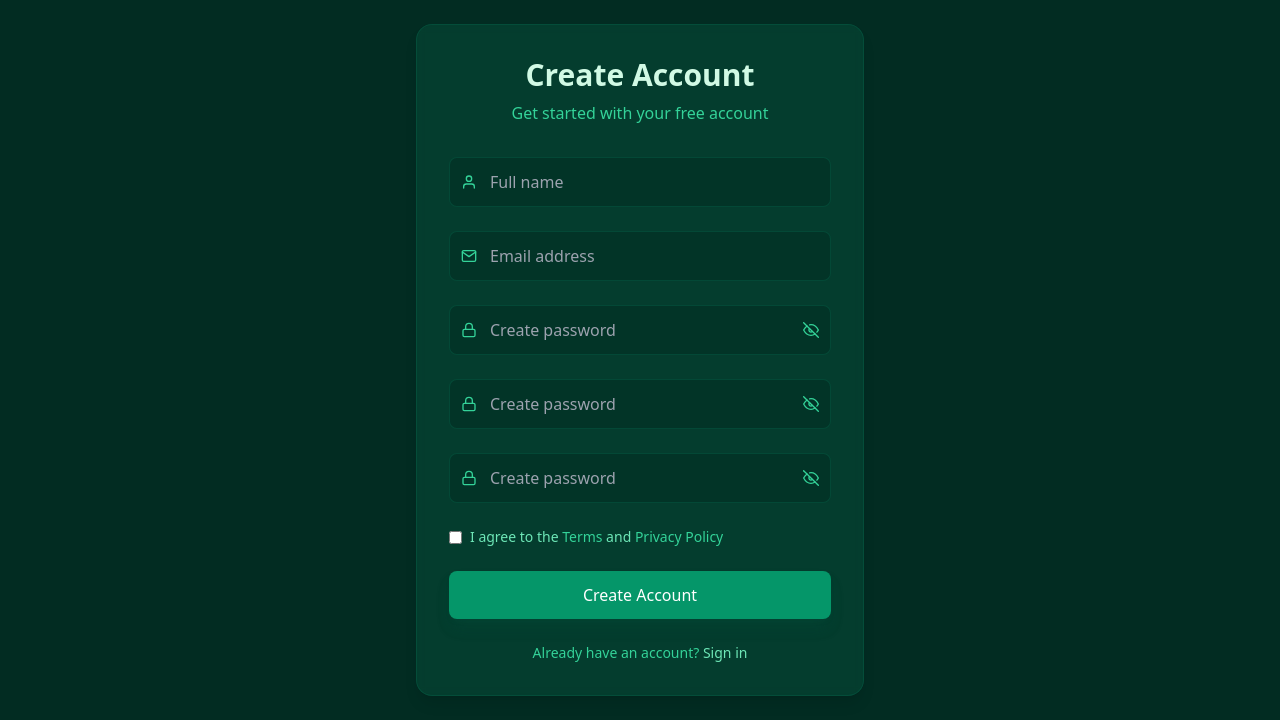
Repository: alizey12/DevLinker-Developer-Portfolio-Builder
Page: /signup
These files come from the project's save history. The page is drawn as it stood at one moment and after the next save; the edit follows.
The browser window is 1280 px wide. The pictures show the whole page.
The project was rebuilt for these pictures with package versions that can differ from the ones it lists, and the page was loaded fresh each time. Also part of the build but not shown: vite.config.js, src/Components/Sidebar.jsx, src/Components/Layout/DashboardLayout.jsx, src/Pages/Login.jsx, src/Pages/Portfolio.jsx, src/Pages/Page404.jsx, src/Pages/Dashboard/Profile.jsx, src/Pages/Dashboard/Skills.jsx and 3 more.

Above is the page before, as saved 2025-07-01 14:30:19.

### src/main.jsx
import { StrictMode } from 'react'

import { createRoot } from 'react-dom/client'
import './index.css'
import App from './App.jsx'
import { BrowserRouter } from 'react-router'

createRoot(document.getElementById('root')).render(
  <StrictMode>
  <BrowserRouter>
    <App />
    </BrowserRouter>
  </StrictMode>,
)

### src/App.jsx
import AppRoutes from "./Routes/AppRoutes";

function App() {
  return (
    <>
<AppRoutes />
    </>
  )
}

export default App

### src/Routes/AppRoutes.jsx
import React from 'react';
import { Routes, Route } from 'react-router';

import DashboardLayout from '../Components/Layout/DashboardLayout';
import Login from '../Pages/Login';
import Signup from '../Pages/Signup';
import Portfolio from '../Pages/Portfolio';
import Page404 from "../Pages/Page404";

import Profile from '../Pages/Dashboard/Profile';
import Skills from '../Pages/Dashboard/Skills';
import Projects from '../Pages/Dashboard/Project';
import Settings from '../Pages/Dashboard/Setting';
import Home from '../Pages/Home';

const AppRoutes = () => {
  return (
    <Routes>
      {/* Public Routes */}
      <Route path='/' element={<Home />} />
      <Route path='/login' element={<Login />} />
      <Route path='/signup' element={<Signup />} />
      <Route path='/portfolio/:username' element={<Portfolio />} />

      {/* Dashboard Routes */}
      <Route path='/dashboard' element={<DashboardLayout />}>
        <Route path="profile" element={<Profile />} />
        <Route path="skills" element={<Skills />} />
        <Route path="projects" element={<Projects />} />
        <Route path="settings" element={<Settings />} />
      </Route>

      {/* 404 Page */}
      <Route path='*' element={<Page404 />} />
    </Routes>
  );
};

export default AppRoutes;

### src/Pages/Signup.jsx
import React from 'react'
import { FiUser, FiMail, FiLock, FiEyeOff } from 'react-icons/fi';
import { SlUserFemale } from "react-icons/sl";

const Signup = () => {
  return (
    <div>


    <div className="min-h-screen bg-emerald-950 flex items-center justify-center p-4">
      <div className="w-full max-w-md bg-emerald-900/50 backdrop-blur-sm rounded-2xl overflow-hidden shadow-lg border border-emerald-800/50">
        <div className="p-8">
          <div className="text-center mb-8">
            <h1 className="text-3xl font-bold text-emerald-100 mb-2">Create Account</h1>
            <p className="text-emerald-400">Get started with your free account</p>
          </div>

          <form className="space-y-6">
            {/* Name Input */}
            <div className="relative">
              <div className="absolute inset-y-0 left-0 pl-3 flex items-center pointer-events-none">
                <FiUser className="text-emerald-400" />
              </div>
              <input
                type="text"
                placeholder="Full name"
                className="w-full pl-10 pr-4 py-3 bg-emerald-950/50 border border-emerald-800/50 text-emerald-100 rounded-lg focus:ring-2 focus:ring-emerald-500 focus:border-transparent transition-all"
              />
            </div>

            {/* Email Input */}
            <div className="relative">
              <div className="absolute inset-y-0 left-0 pl-3 flex items-center pointer-events-none">
                <FiMail className="text-emerald-400" />
              </div>
              <input
                type="email"
                placeholder="Email address"
                className="w-full pl-10 pr-4 py-3 bg-emerald-950/50 border border-emerald-800/50 text-emerald-100 rounded-lg focus:ring-2 focus:ring-emerald-500 focus:border-transparent transition-all"
              />
            </div>

            {/* Password Input */}
            <div className="relative">
              <div className="absolute inset-y-0 left-0 pl-3 flex items-center pointer-events-none">
                <FiLock className="text-emerald-400" />
              </div>
              <input
                type="password"
                placeholder="Create password"
                className="w-full pl-10 pr-12 py-3 bg-emerald-950/50 border border-emerald-800/50 text-emerald-100 rounded-lg focus:ring-2 focus:ring-emerald-500 focus:border-transparent transition-all"
              />
              <div className="absolute inset-y-0 right-0 pr-3 flex items-center">
                <FiEyeOff className="text-emerald-400" />
              </div>
            </div>
             {/* Gender Input */}
             <div className="relative">
              <div className="absolute inset-y-0 left-0 pl-3 flex items-center pointer-events-none">
                <FiLock className="text-emerald-400" />
              </div>
              <input
                type="password"
                placeholder="Create password"
                className="w-full pl-10 pr-12 py-3 bg-emerald-950/50 border border-emerald-800/50 text-emerald-100 rounded-lg focus:ring-2 focus:ring-emerald-500 focus:border-transparent transition-all"
              />
              <div className="absolute inset-y-0 right-0 pr-3 flex items-center">
                <FiEyeOff className="text-emerald-400" />
              </div>
            </div>
             {/* location Input */}
             <div className="relative">
              <div className="absolute inset-y-0 left-0 pl-3 flex items-center pointer-events-none">
                <FiLock className="text-emerald-400" />
              </div>
              <input
                type="password"
                placeholder="Create password"
                className="w-full pl-10 pr-12 py-3 bg-emerald-950/50 border border-emerald-800/50 text-emerald-100 rounded-lg focus:ring-2 focus:ring-emerald-500 focus:border-transparent transition-all"
              />
              <div className="absolute inset-y-0 right-0 pr-3 flex items-center">
                <FiEyeOff className="text-emerald-400" />
              </div>
            </div>


            {/* Terms Checkbox */}
            <label className="flex items-start">
              <input
                type="checkbox"
                className="mt-1 rounded-sm bg-emerald-950/50 border-emerald-700 text-emerald-500 focus:ring-emerald-600"
              />
              <span className="ml-2 text-sm text-emerald-300">
                I agree to the <a href="#" className="text-emerald-400 hover:underline">Terms</a> and <a href="#" className="text-emerald-400 hover:underline">Privacy Policy</a>
              </span>
            </label>

            {/* Sign Up Button */}
            <button
              type="submit"
              className="w-full py-3 px-4 bg-emerald-600 hover:bg-emerald-500 text-white font-medium rounded-lg transition-all shadow-lg shadow-emerald-900/30"
            >
              Create Account
            </button>

            {/* Login Link */}
            <div className="text-center text-sm text-emerald-400">
              Already have an account?{' '}
              <a href="/login" className="font-medium text-emerald-300 hover:text-emerald-200">
                Sign in
              </a>
            </div>
          </form>
        </div>
      </div>
    </div>
    </div>
  )
}

export default Signup

Loaded but not shown: index.html (common file); src/index.css (common file); tailwind.config.js (common file)

After the next save:
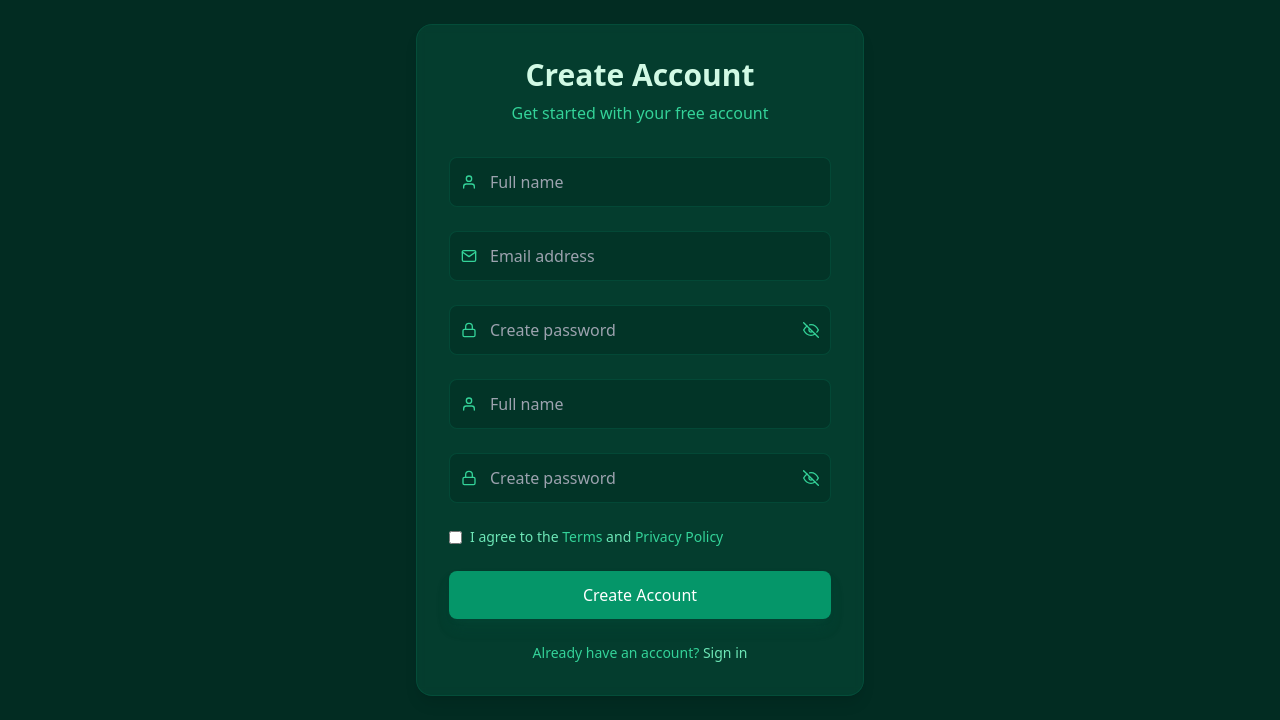
Saved 28 s later.
--- a/src/Pages/Signup.jsx
+++ b/src/Pages/Signup.jsx
@@ -57,16 +57,13 @@
              {/* Gender Input */}
              <div className="relative">
               <div className="absolute inset-y-0 left-0 pl-3 flex items-center pointer-events-none">
-                <FiLock className="text-emerald-400" />
+                <FiUser className="text-emerald-400" />
               </div>
               <input
-                type="password"
-                placeholder="Create password"
-                className="w-full pl-10 pr-12 py-3 bg-emerald-950/50 border border-emerald-800/50 text-emerald-100 rounded-lg focus:ring-2 focus:ring-emerald-500 focus:border-transparent transition-all"
+                type="text"
+                placeholder="Full name"
+                className="w-full pl-10 pr-4 py-3 bg-emerald-950/50 border border-emerald-800/50 text-emerald-100 rounded-lg focus:ring-2 focus:ring-emerald-500 focus:border-transparent transition-all"
               />
-              <div className="absolute inset-y-0 right-0 pr-3 flex items-center">
-                <FiEyeOff className="text-emerald-400" />
-              </div>
             </div>
              {/* location Input */}
              <div className="relative">
